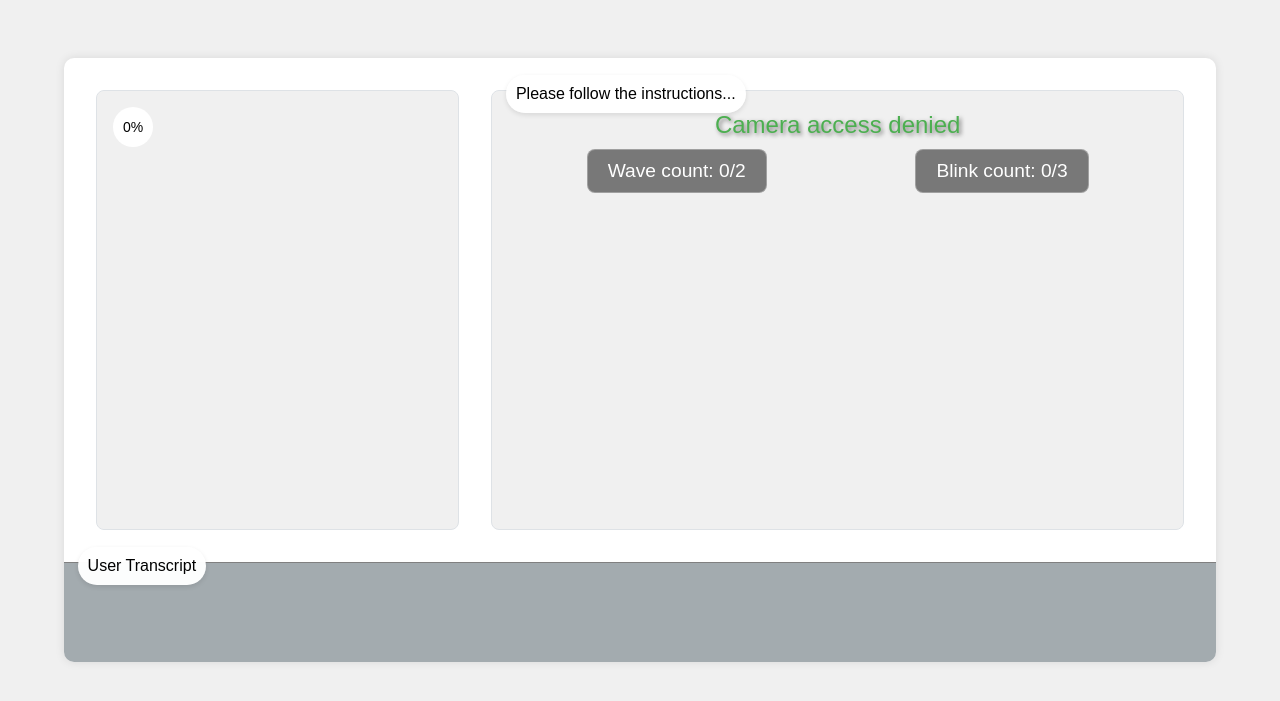
Repository: Ayaanns/E-kyc-BE-project
Page: http://localhost/
An editor plug-in stored every save of this project. The page is shown before and after the next save, followed by the edit.
The browser window is 1280 px wide. The pictures show the whole page.
The page is served by the project's application, run on Django 4.2 (manage.py). A made-up administrator, testuser (Test User, test@example.com), is signed in.

Above is the page before, as saved 2025-03-02 02:38:42.

After the next save:
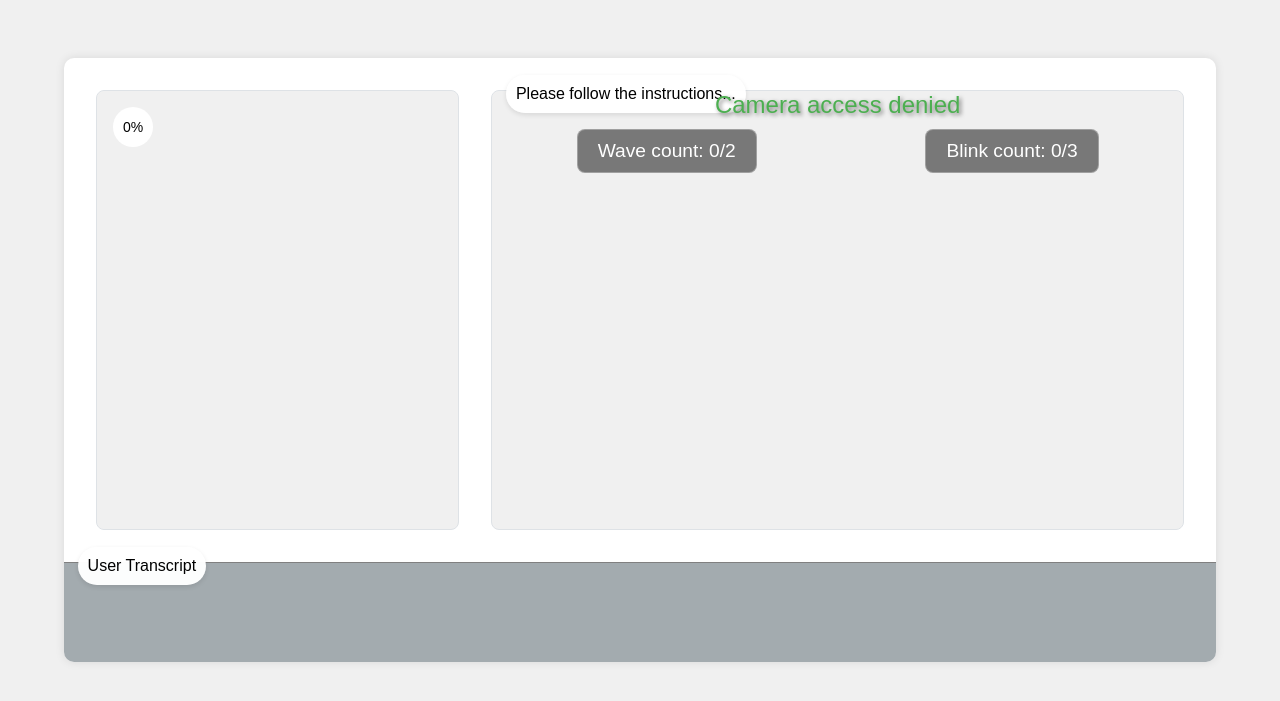
Saved 7 s later.
--- a/templates/home.html
+++ b/templates/home.html
@@ -27,7 +27,7 @@
             left: 0;
             right: 0;
             z-index: 10;
-            padding: 20px;
+            /* padding: 20px; */
             /* background: linear-gradient(to bottom, rgba(0,0,0,0.7) 0%, transparent 100%); */
             border-radius: 15px 15px 0 0;
         }

After the save that followed:
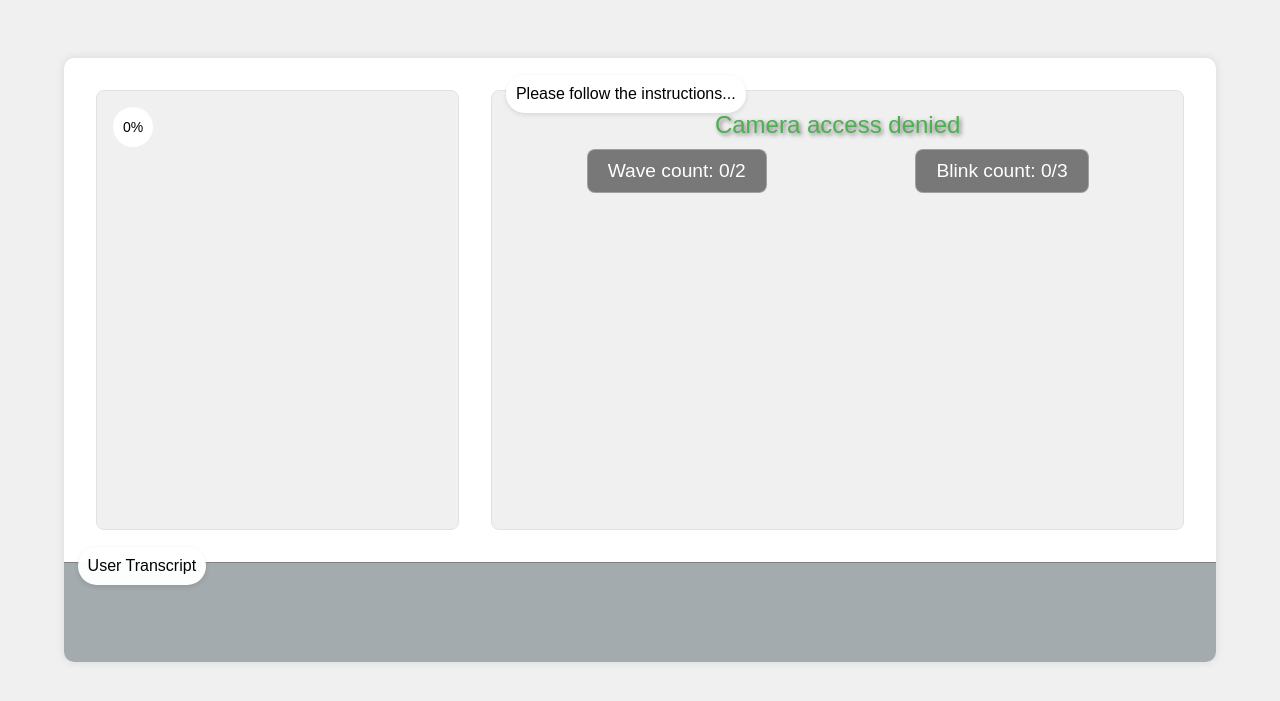
Saved 29 s later.
--- a/templates/home.html
+++ b/templates/home.html
@@ -26,8 +26,8 @@
             top: 0;
             left: 0;
             right: 0;
-            z-index: 10;
-            /* padding: 20px; */
+            /* z-index: 10; */
+            padding: 20px;
             /* background: linear-gradient(to bottom, rgba(0,0,0,0.7) 0%, transparent 100%); */
             border-radius: 15px 15px 0 0;
         }
